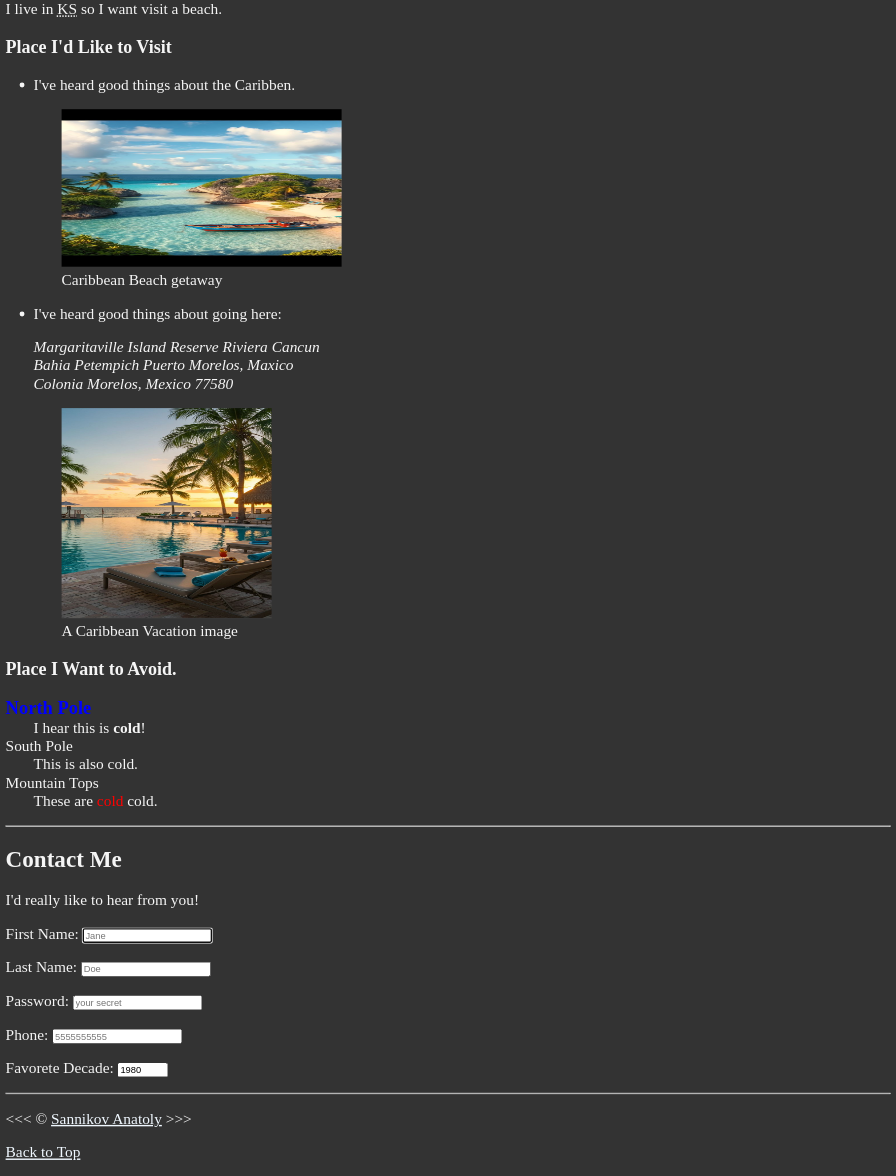
Repository: sannikovcode/exercises-a1
Page: JS/test1/task3/index.html
An editor plug-in stored every save of this project. The page is shown before and after the next save, followed by the edit.
The browser window is 1280 px wide. The pictures show the part of the page from y = 1660 to 3580 px (the page is 3340 px tall before and 3580 px after), at 70% of full size.

Above is the page before, as saved 2025-10-15 10:01:10.

After the next save:
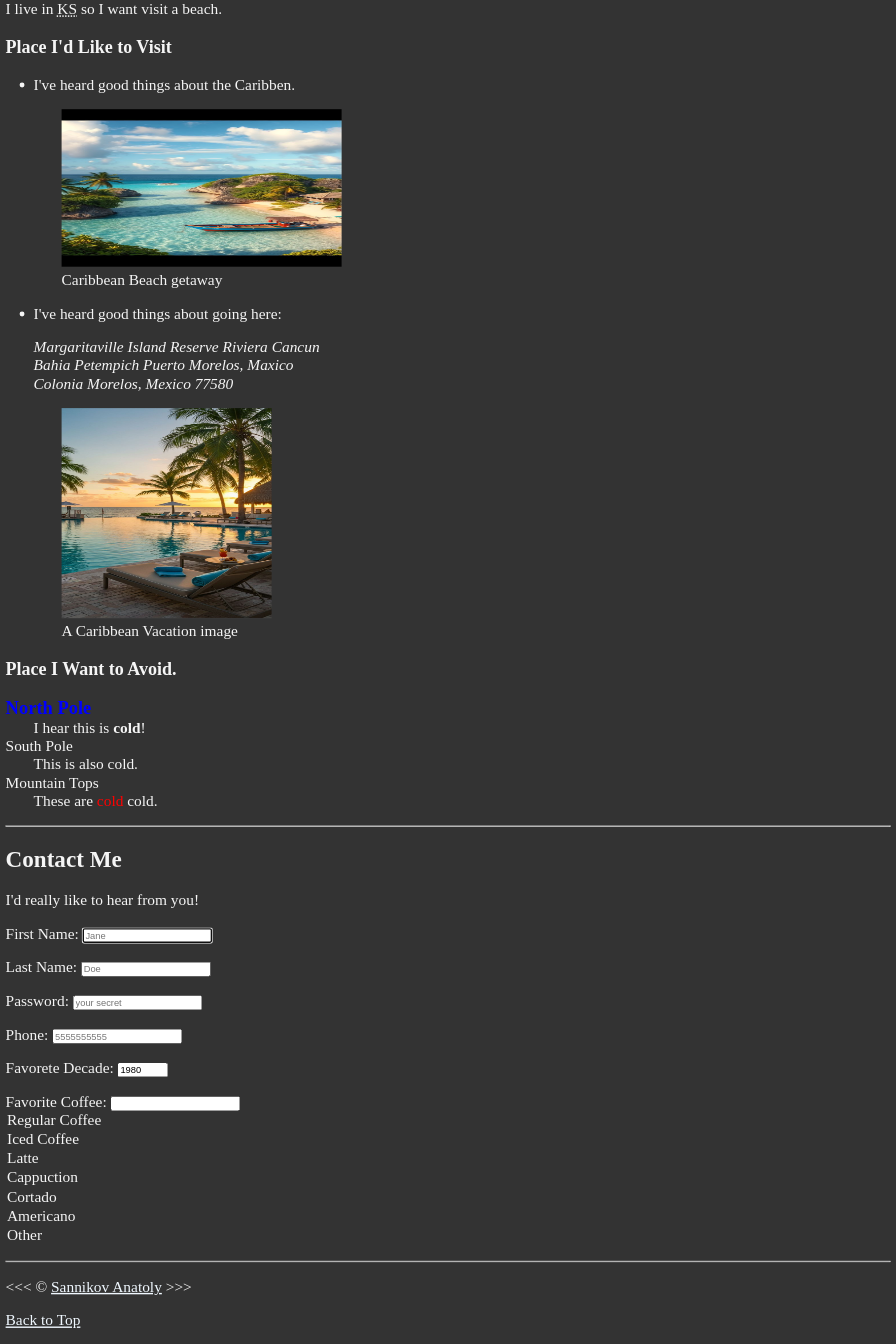
Saved 8 min 2 s later.
--- a/JS/test1/task3/index.html
+++ b/JS/test1/task3/index.html
@@ -219,6 +219,17 @@
 
           </select>
         </p> -->
+        <p>
+          <label for="coffee">Favorite Coffee:</label>
+          <input type="text" name="coffee" id="coffee" list="coffee-list">
+          <option value="regular coffee">Regular Coffee</option>
+          <option value="iced coffee">Iced Coffee</option>
+          <option value="latte">Latte</option>
+          <option value="cappuction">Cappuction</option>
+          <option value="cortado">Cortado</option>
+          <option value="americano">Americano</option>
+          <option value="other">Other</option>
+        </p>
       </form>
 
     </article>
